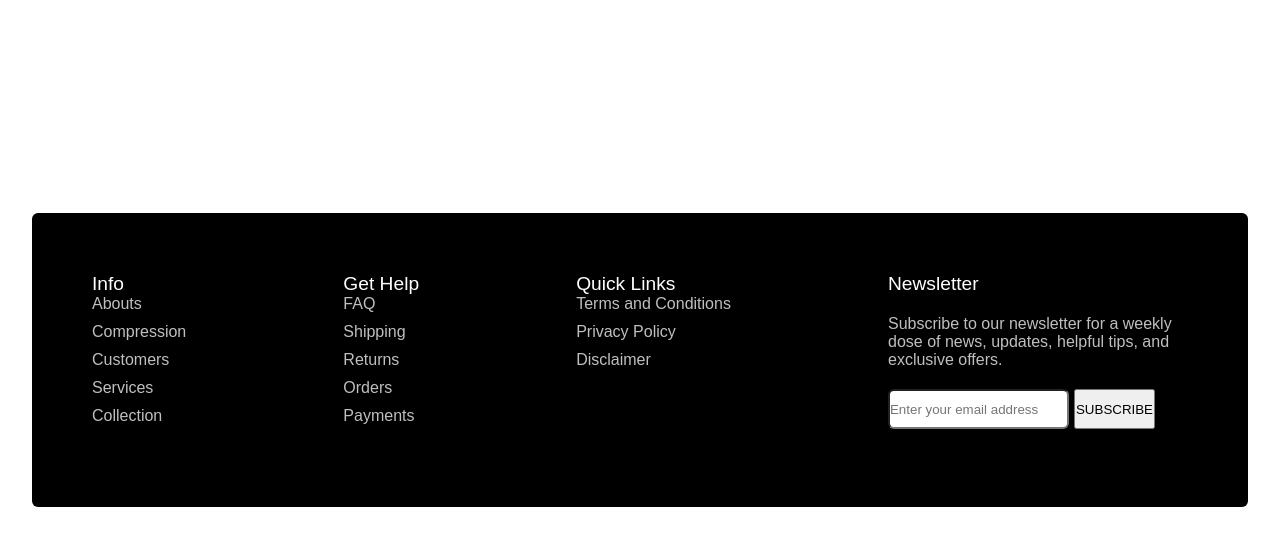
Repository: syni18/responsive_footer
Page: index.html
The author's editor kept a copy of each file at every save. The page is drawn from the files as they stood at one save, then again after a run of saves.
The browser window is 1280 px wide. The pictures show the whole page.
Some web libraries are served in a nearby version.

Above is the page before, as saved 2023-11-03 17:19:22.

After the next 2 saves:
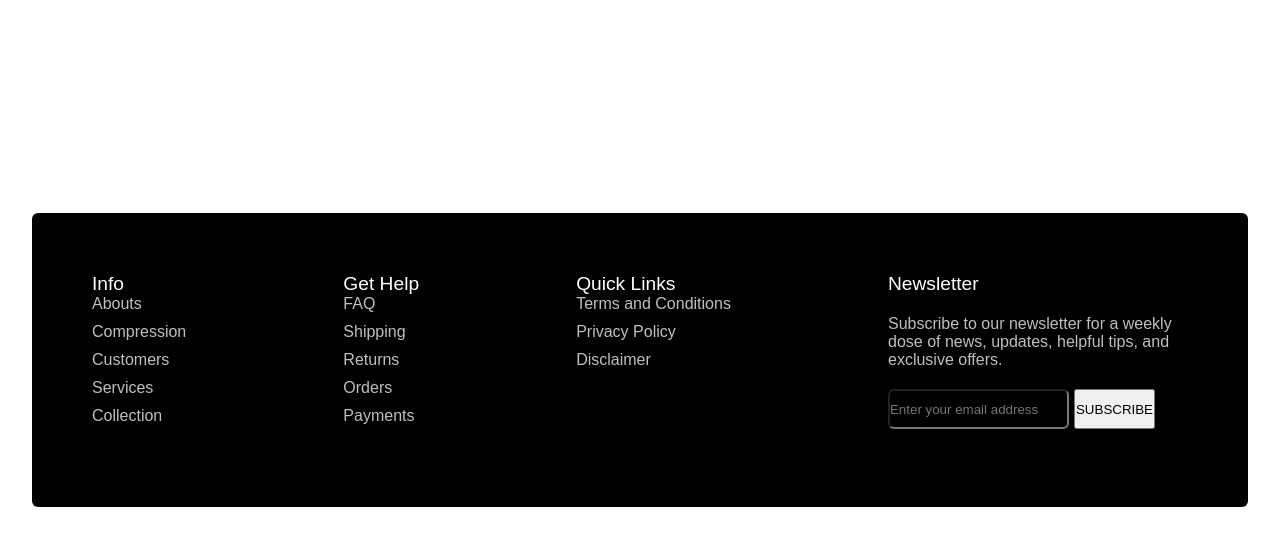
The 2 saves are shown as one change because they came seconds apart.
The last was saved 5 s later.
--- a/style.css
+++ b/style.css
@@ -49,5 +49,6 @@
 .footer-col input{
     height: 40px;
     border-radius: 6px;
-    bg
+    background: none;
+
 }
